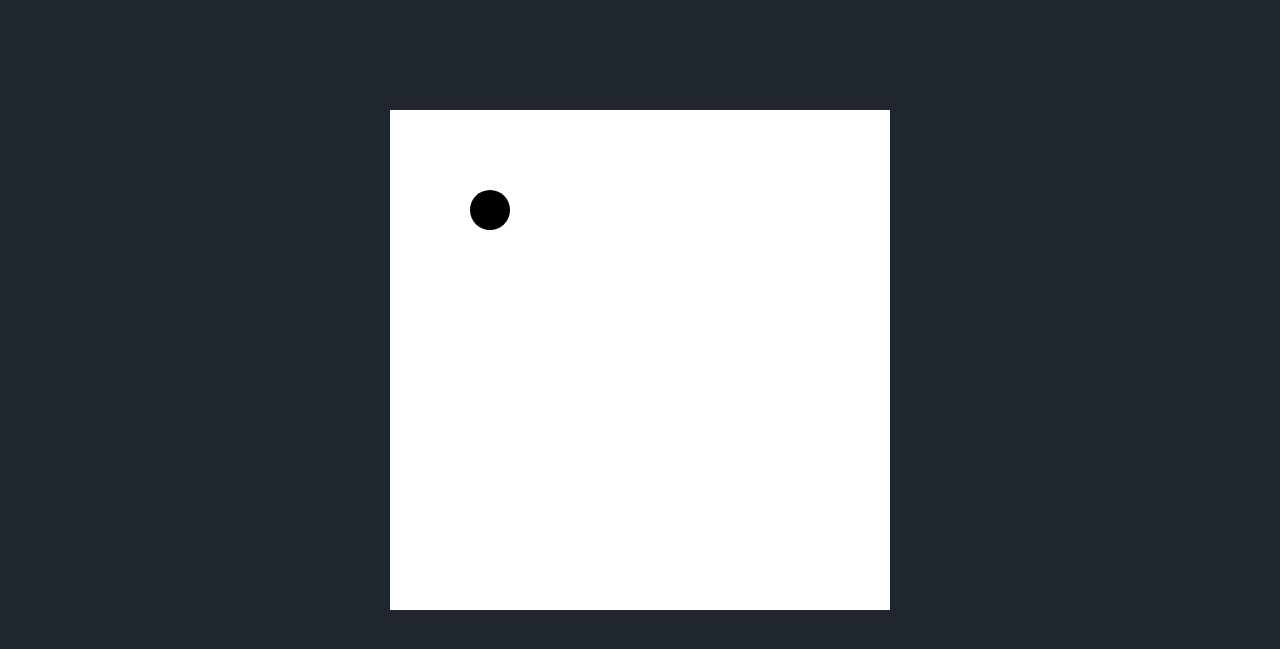
Repository: thecodeholic/cst-javascript-course
Page: /
These files come from the project's save history. The page is drawn as it stood at one moment and after the next save; the edit follows.
The browser window is 1280 px wide. The pictures show the whole page.
The project was rebuilt for these pictures with package versions that can differ from the ones it lists, and the page was loaded fresh each time.

Above is the page before, as saved 2020-11-25 10:14:07.

After the next save:
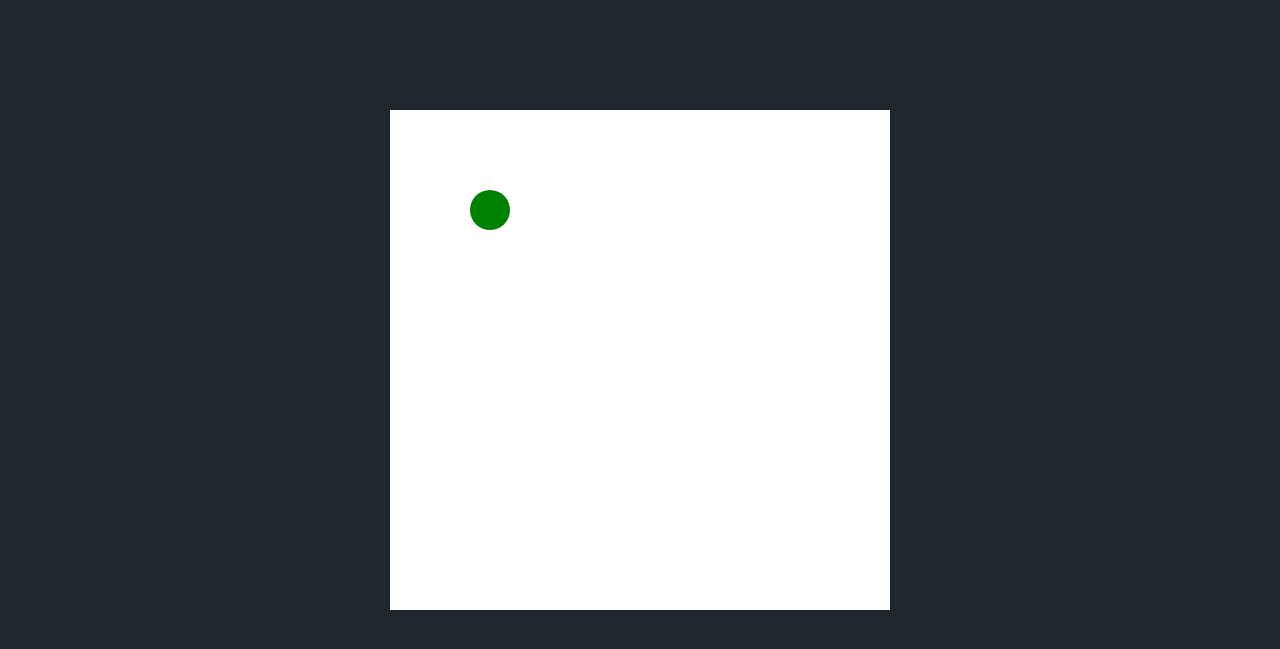
Saved 16 s later.
--- a/app.js
+++ b/app.js
@@ -85,4 +85,5 @@ const ball = {
 };
 ctx.beginPath();
 ctx.arc(ball.x, ball.y, ball.r, 0, 2 * Math.PI);
+ctx.fillStyle = 'green'
 ctx.fill();
